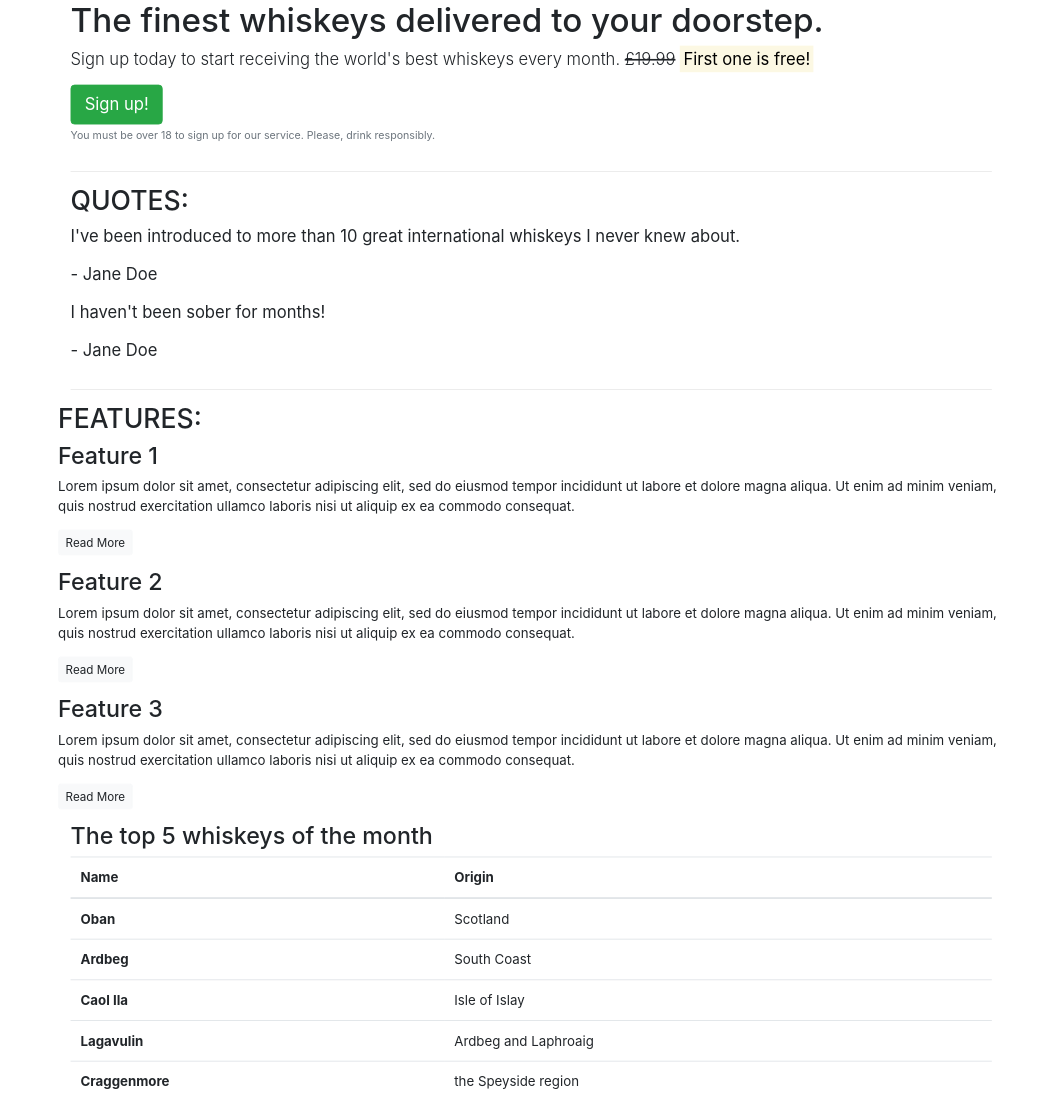
Repository: hidayatmansuri/BootStrap
Page: index.html
The author's editor kept a record of every edit. The page is drawn from the files as they stood at one moment, then again after the next edit.
The browser window is 1280 px wide. The pictures show the whole page, at 83% of full size.

Above is the page before.

### index.html
<!DOCTYPE html>
<html lang="en-us">

<head>
    <meta charset="utf-8">
    <meta name="viewport" content="width=device-width, initial-scale=1.0">
    <meta http-equiv="X-UA-Compatible" content="ie=edge">
    <title>Whiskey Drop | Taste a new whiskey every month</title>
    <link rel="stylesheet" href="https://maxcdn.bootstrapcdn.com/bootstrap/4.1.3/css/bootstrap.min.css">
</head>

<body>
    <article class="container">
        <!-- Callout -->
        <div class="row">
            <div class="col-12">
                <section class="callout">
                    <h1>The finest whiskeys delivered to your doorstep.</h1>
                    <p class="lead">Sign up today to start receiving the world's best whiskeys every month.
                    <s>£19.99</s> <strong><mark>First one is free!</mark></strong></p>
                    <button class="btn btn-success btn-lg">Sign up!</button>
                    <p class="text-muted"><small>You must be over 18 to sign up for our service. Please, drink responsibly.</small></p>
                </section>
            </div>
        </div>
        <!-- /.callout -->
        <hr>

        <!-- Quotes -->
        <section class="quotes">
            <div class="row">
                <div class="col-12">
                    <h2 class="text-uppercase">Quotes:</h2>
                </div>
            </div>
            <div class="row">
                <div class="col-12">
                <blockquote class="blockquote">
                    <p>I've been introduced to more than 10 great international whiskeys I never knew about.</p>
                    <p>- Jane Doe</p>
                </blockquote>
                <blockquote class="blockquote">
                    <p>I haven't been sober for months!</p>
                    <p>- Jane Doe</p>
                </blockquote>
            </div>
        </section>
        <!-- /.quotes -->
        <hr>

        <!-- Features -->
        <section class="features">
            <div class="row">
                <h2 class="text-uppercase">Features:</h2>
            </div>
            <div class="row">
                <div class="feature">
                    <h3>Feature 1</h3>
                    <p>Lorem ipsum dolor sit amet, consectetur adipiscing elit, sed do eiusmod tempor incididunt ut labore et dolore magna aliqua. Ut enim ad minim veniam, quis nostrud exercitation ullamco laboris nisi ut aliquip ex ea commodo consequat.</p>
                    <p><a class ="btn btn-sm btn-light">Read More</a></p>
                </div>
                <div class="feature">
                    <h3>Feature 2</h3>
                    <p>Lorem ipsum dolor sit amet, consectetur adipiscing elit, sed do eiusmod tempor incididunt ut labore et dolore magna aliqua. Ut enim ad minim veniam, quis nostrud exercitation ullamco laboris nisi ut aliquip ex ea commodo consequat.</p>
                    <p><a class ="btn btn-sm btn-light">Read More</a></p>
                </div>
                <div class="feature">
                    <h3>Feature 3</h3>
                    <p>Lorem ipsum dolor sit amet, consectetur adipiscing elit, sed do eiusmod tempor incididunt ut labore et dolore magna aliqua. Ut enim ad minim veniam, quis nostrud exercitation ullamco laboris nisi ut aliquip ex ea commodo consequat.</p>
                    <p><a class ="btn btn-sm btn-light">Read More</a></p>
                </div>
            </div>
        </section>
        <!-- /.features -->
        <section class="center">
            <h3>The top 5 whiskeys of the month</h3>
        <table class="table">
                <thead>
                <tr>
                  <th scope="col">Name</th>
                  <th scope="col">Origin</th>
                </tr>
                </thead>
                <tbody>
                <tr>
                  <th>Oban</th>
                  <td>Scotland</td>
                </tr>
                <tr>
                  <th>Ardbeg</th>
                  <td>South Coast</td>
                </tr>
                <tr>
                  <th>Caol Ila</th>
                  <td>Isle of Islay</td>
                </tr>
                <tr>
                  <th>Lagavulin</th>
                  <td>Ardbeg and Laphroaig</td>
                </tr>
                <tr>
                  <th>Craggenmore</th>
                  <td>the Speyside region</td>
                </tr>
              </tbody>
        </table>
        </section>
    </article>
</body>

</html>

After the next edit:
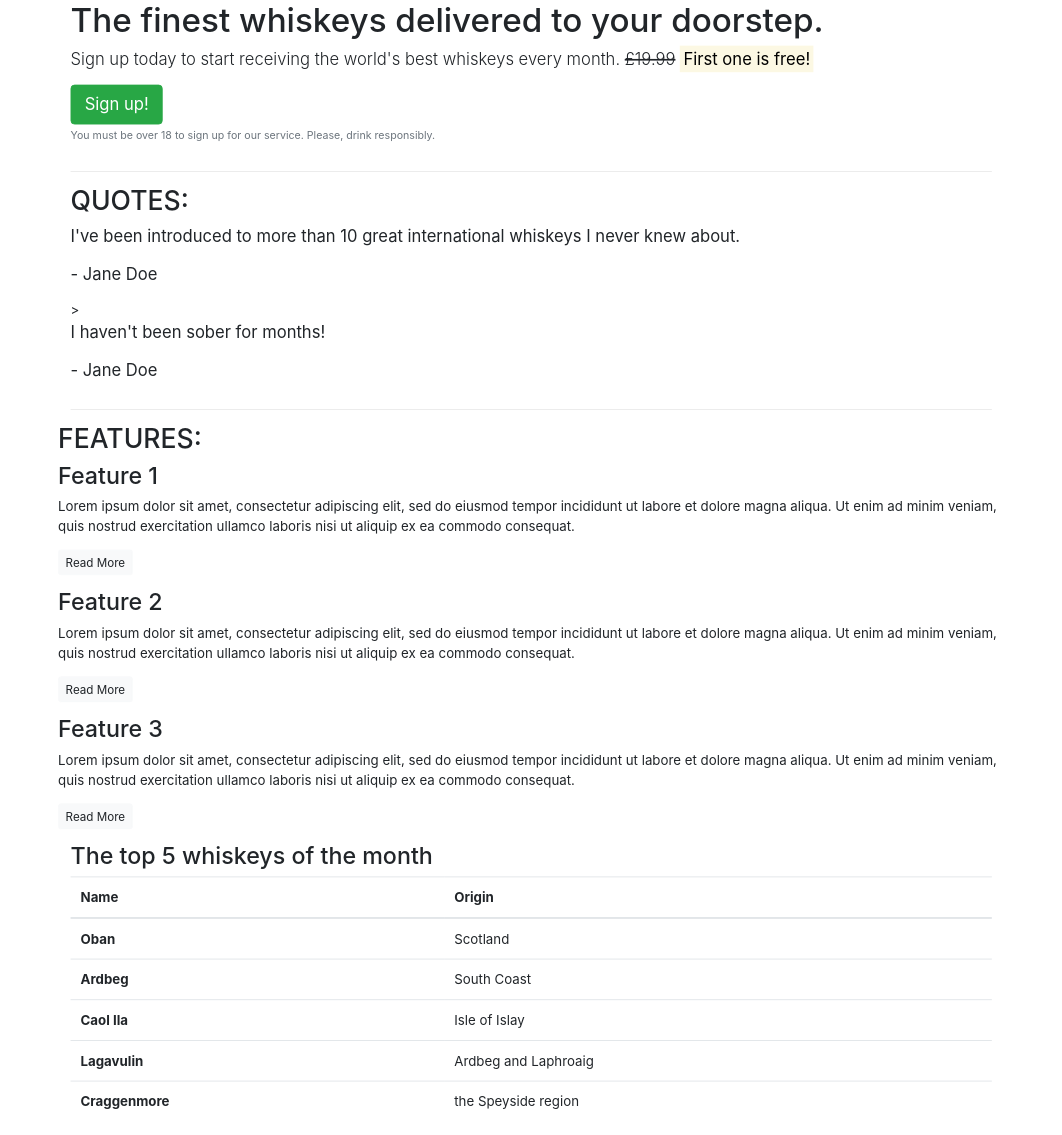
The edit:
--- a/index.html
+++ b/index.html
@@ -39,6 +39,8 @@
                     <p>I've been introduced to more than 10 great international whiskeys I never knew about.</p>
                     <p>- Jane Doe</p>
                 </blockquote>
+                </div>
+                <div class="col-12">>
                 <blockquote class="blockquote">
                     <p>I haven't been sober for months!</p>
                     <p>- Jane Doe</p>
